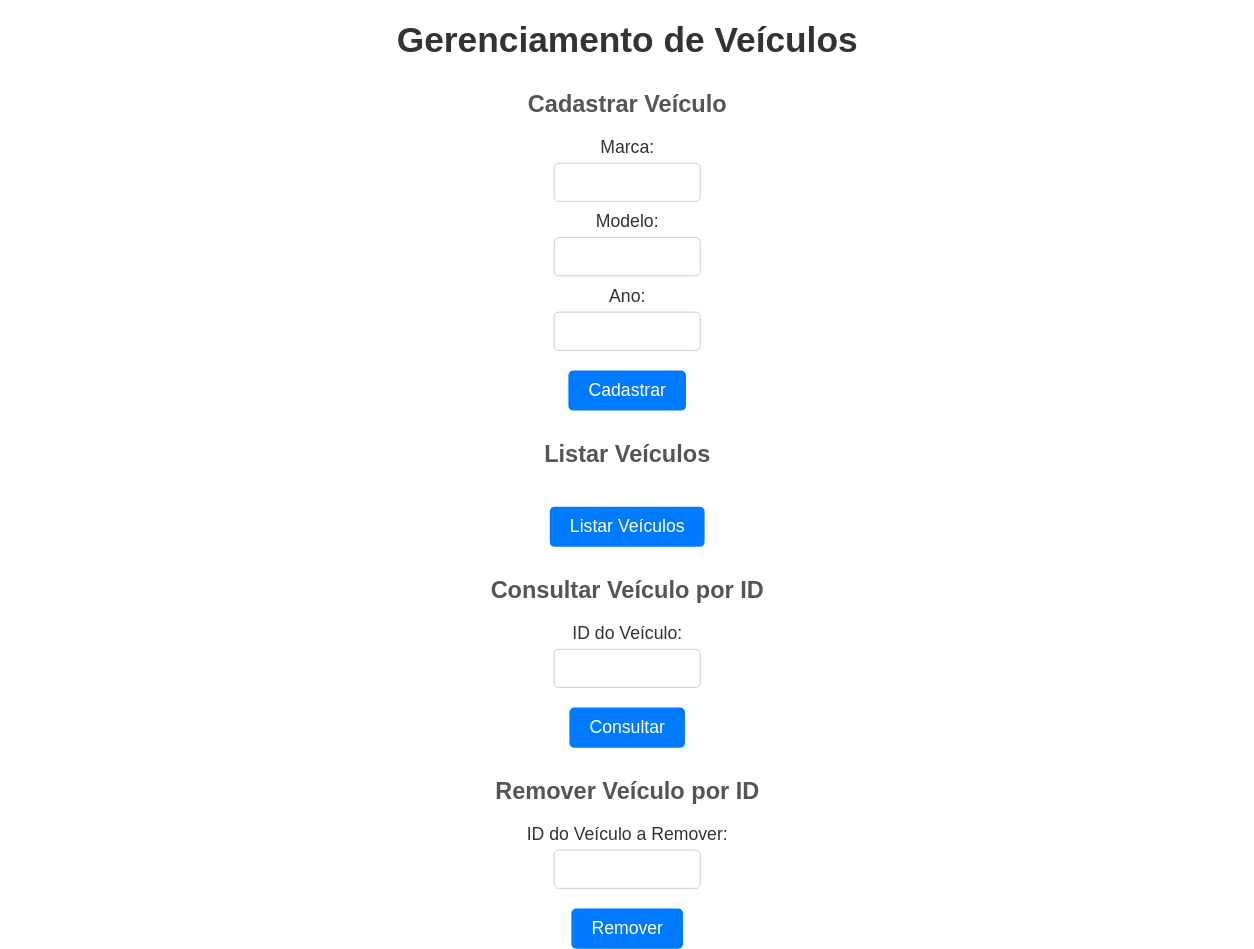
Repository: joaomadeira1208/Exercicio3
Page: veiculos/src/main/resources/index.html
The author's editor kept a copy of each file at every save. The page is drawn from the files as they stood at one save, then again after the next save.
The browser window is 1280 px wide. The pictures show the whole page, at 98% of full size.

Above is the page before, as saved 2023-09-14 21:59:33.

### veiculos/src/main/resources/index.html
<!DOCTYPE html>
<html>
<head>
    <title>Gerenciamento de Veículos</title>
    <style>
       /* Estilo para o corpo da página */
body {
    font-family: Arial, sans-serif;
    background-color: white;
    margin: 0;
    padding: 0;
    text-align: center;
}

/* Estilo para o cabeçalho (h1) */
h1 {
    font-size: 36px;
    color: #333;
    margin-top: 20px;
}

/* Estilo para os subtítulos (h2) */
h2 {
    font-size: 24px;
    color: #555;
    margin-top: 30px;
}

/* Estilo para os rótulos dos campos de entrada */
label {
    font-size: 18px;
    color: #333;
    display: block;
    margin-top: 10px;
}

/* Estilo para os campos de entrada de texto */
input[type="text"],
input[type="number"] {
    width: 10%;
    padding: 10px;
    font-size: 16px;
    border: 1px solid #ccc;
    border-radius: 5px;
    margin-top: 5px;
}

/* Estilo para o botão */
input[type="submit"],
button {
    background-color: #007bff;
    color: #fff;
    font-size: 18px;
    padding: 10px 20px;
    border: none;
    border-radius: 5px;
    cursor: pointer;
    margin-top: 20px;
}

/* Estilo para o botão quando o mouse passa por cima */
input[type="submit"]:hover,
button:hover {
    background-color: #0056b3;
}


    </style>
</head>
<body>
    <h1>Gerenciamento de Veículos</h1>

    <!-- Formulário para cadastrar um veículo -->
    <h2>Cadastrar Veículo</h2>
    <form action="/cadastrar-veiculo" method="post">
        <label for="marca">Marca:</label>
        <input type="text" id="marca" name="marca" required><br>

        <label for="modelo">Modelo:</label>
        <input type="text" id="modelo" name="modelo" required><br>

        <label for="ano">Ano:</label>
        <input type="number" id="ano" name="ano" required><br>

        <input type="submit" value="Cadastrar">
    </form>

    <!-- Botão para listar veículos -->
    <h2>Listar Veículos</h2>
    <button onclick="listarVeiculos()">Listar Veículos</button>

    <!-- Formulário para consultar um veículo por ID -->
    <h2>Consultar Veículo por ID</h2>
    <form action="/consultar-veiculo" method="get">
        <label for="id-veiculo">ID do Veículo:</label>
        <input type="number" id="id-veiculo" name="id-veiculo" required><br>

        <input type="submit" value="Consultar">
    </form>

    <!-- Formulário para remover um veículo por ID -->
    <h2>Remover Veículo por ID</h2>
    <form action="/remover-veiculo" method="post">
        <label for="id-veiculo-remover">ID do Veículo a Remover:</label>
        <input type="number" id="id-veiculo-remover" name="id-veiculo-remover" required><br>

        <input type="submit" value="Remover">
    </form>

    <script>
        function listarVeiculos() {
            // Você pode adicionar aqui a lógica para listar veículos na página
        }
    </script>
</body>
</html>

After the next save:
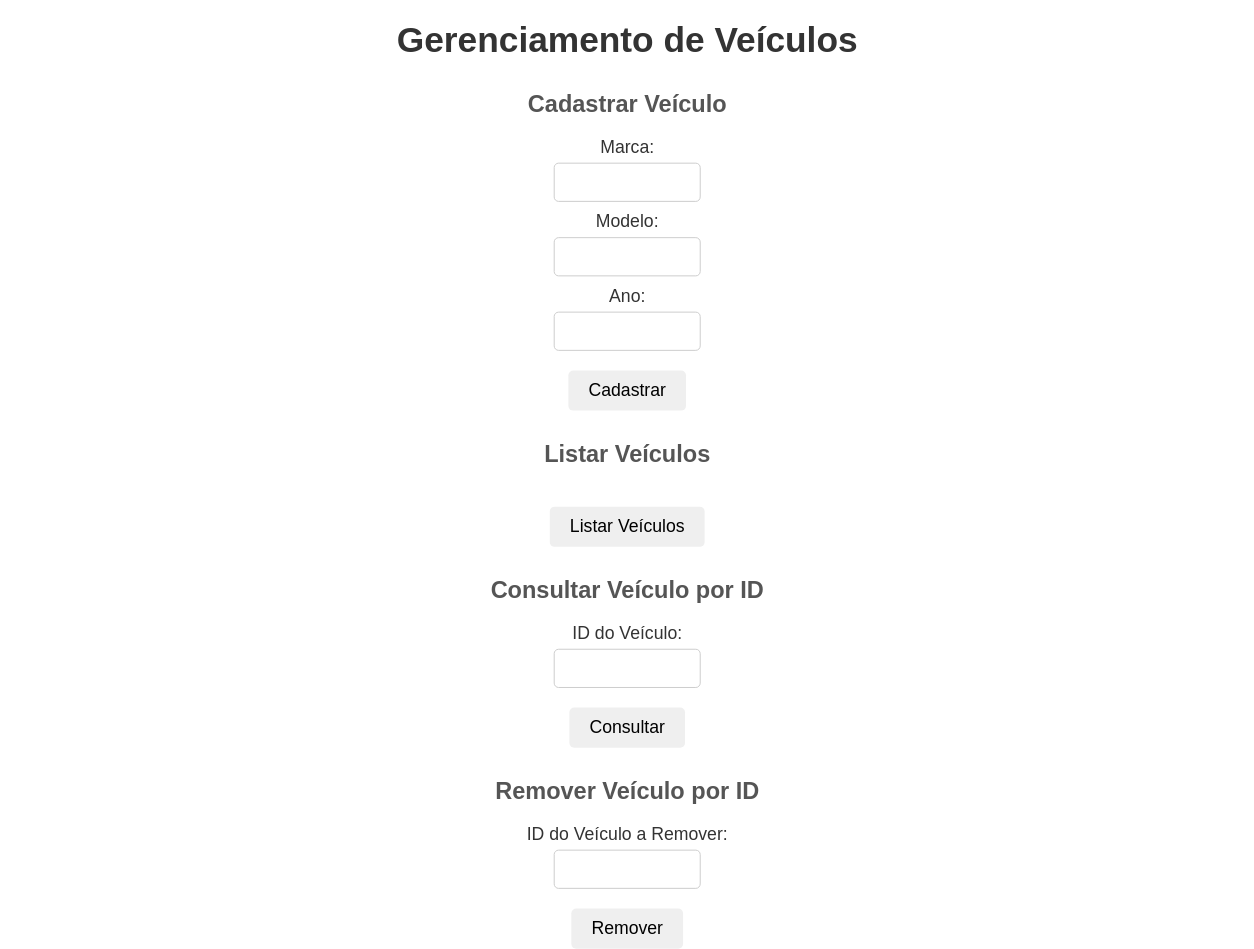
Saved 85 s later.
--- a/veiculos/src/main/resources/index.html
+++ b/veiculos/src/main/resources/index.html
@@ -48,8 +48,8 @@ input[type="number"] {
 /* Estilo para o botão */
 input[type="submit"],
 button {
-    background-color: #007bff;
-    color: #fff;
+    background-color: black
+    color: white;
     font-size: 18px;
     padding: 10px 20px;
     border: none;
